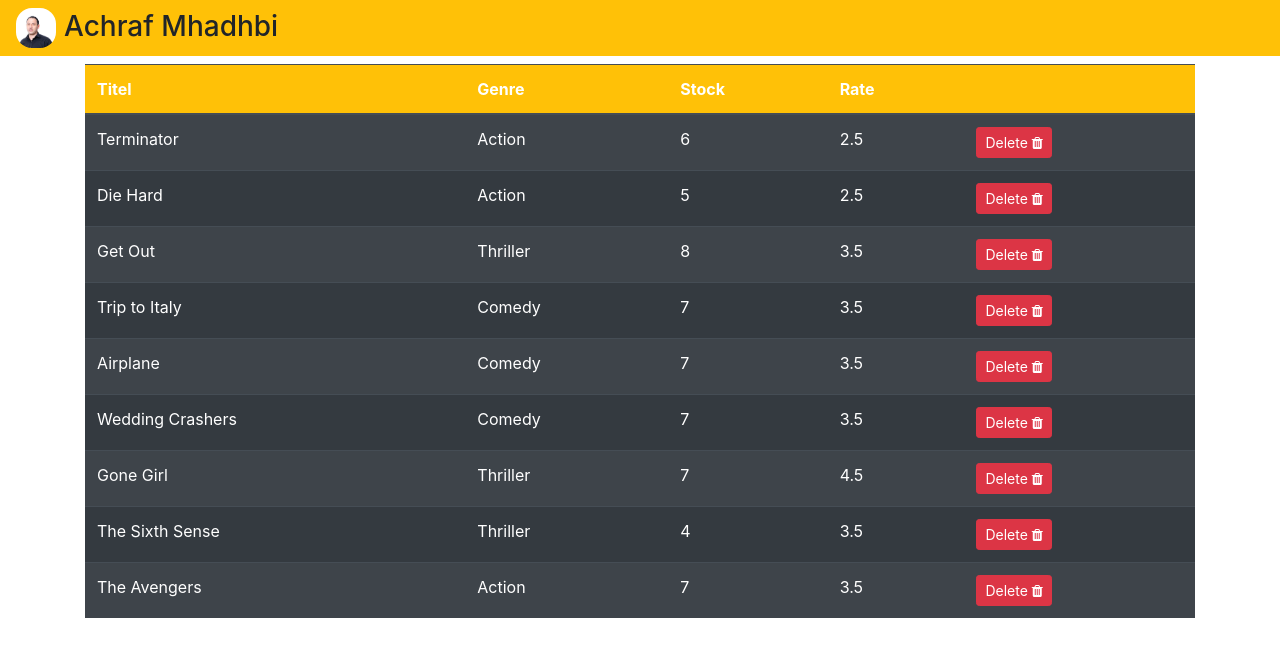
Repository: AMhadhbi/TecMovies-web-app
Page: /
The author's editor kept a copy of each file at every save. The page is drawn from the files as they stood at one save, then again after the next save.
The browser window is 1280 px wide. The pictures show the whole page.
The project was rebuilt for these pictures with package versions that can differ from the ones it lists, and the page was loaded fresh each time.

Above is the page before, as saved 2021-03-08 21:09:54.

After the next save:
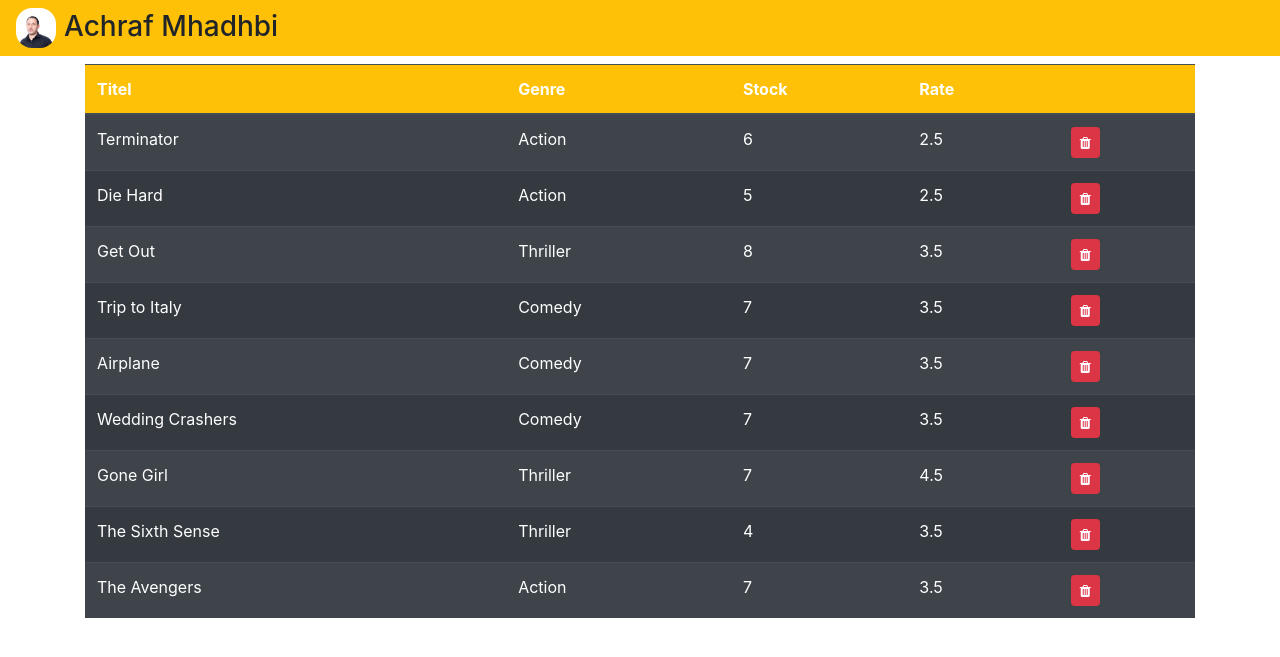
Saved 5 s later.
--- a/src/components/movies.jsx
+++ b/src/components/movies.jsx
@@ -27,7 +27,7 @@ class Movies extends Component {
                     <td>{movie.dailyRentalRate}</td>
                     <td>
                     <button className="btn btn-danger btn-sm">
-                    Delete <i className="fa fa-trash"/>
+                    <i className="fa fa-trash"/>
                     </button>
                     </td>
             </tr>
